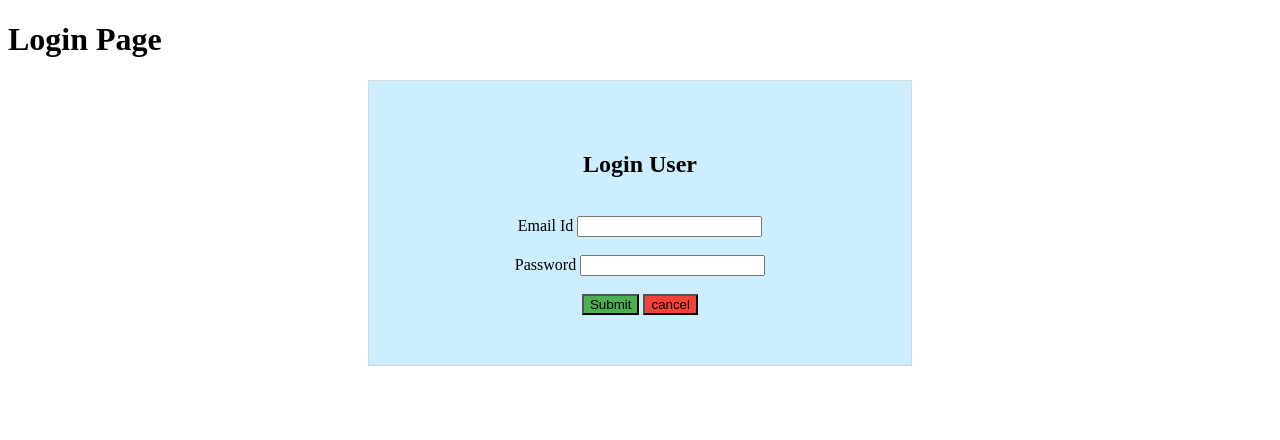
Repository: ashwinipatil321/ServletPrograms
Page: http://localhost/loginAndRegisterServlet/login.jsp
The author's editor kept a copy of each file at every save. The page is drawn from the files as they stood at one save, then again after the next save.
The browser window is 1280 px wide. The pictures show the whole page.
The page is served by Tomcat 9. Other server files are loaded and not shown.

Above is the page before, as saved 2017-11-07 04:54:46.

### loginAndRegisterServlet/WebContent/login.jsp
<%@ page language="java" contentType="text/html; charset=UTF-8"
	pageEncoding="UTF-8"%>
<!DOCTYPE html PUBLIC "-//W3C//DTD HTML 4.01 Transitional//EN" "http://www.w3.org/TR/html4/loose.dtd">
<html>
<head>
<meta http-equiv="Content-Type" content="text/html; charset=UTF-8">
<title> welcome Login page</title>
<style type="text/css">
center{
border:1px solid #D5D8DC;
padding:50px;
margin:auto;
background-color:#CCEEFF;
width:35%;
}

.button {
    background-color:  #4CAF50;;
}
.button1 {
    background-color: #f44336;
}
</style>
</head>

<body>
	<h1>Login Page</h1>
	<center>
		<h2>Login User</h2>
		<form action="Login" method="post"><br />
			 Email Id
			<input type="text" name="emailId"> <br /><br>
			 Password
			<input type="password" name="password"> <br /><br>
			<input type="submit" value="Submit" class="button">
			 <a href="Register.jsp">
			 <input type="button" value="cancel" class="button1"></a>
		</form>
	</center>
</body>
</html>

After the next save:
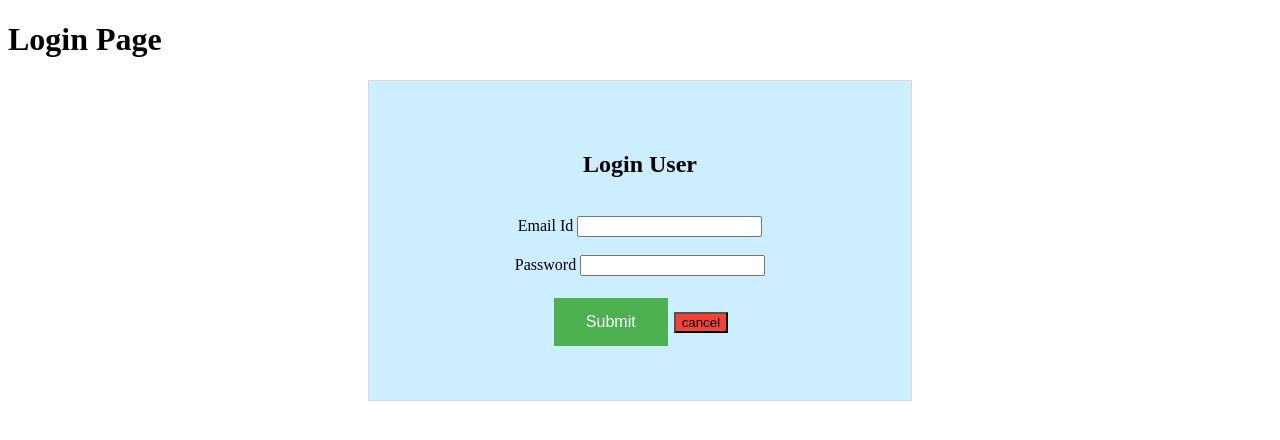
Saved 36 s later.
--- a/loginAndRegisterServlet/WebContent/login.jsp
+++ b/loginAndRegisterServlet/WebContent/login.jsp
@@ -15,7 +15,16 @@ width:35%;
 }
 
 .button {
-    background-color:  #4CAF50;;
+    background-color: #4CAF50; /* Green */
+    border: none;
+    color: white;
+    padding: 15px 32px;
+    text-align: center;
+    text-decoration: none;
+    display: inline-block;
+    font-size: 16px;
+    margin: 4px 2px;
+    cursor: pointer
 }
 .button1 {
     background-color: #f44336;
